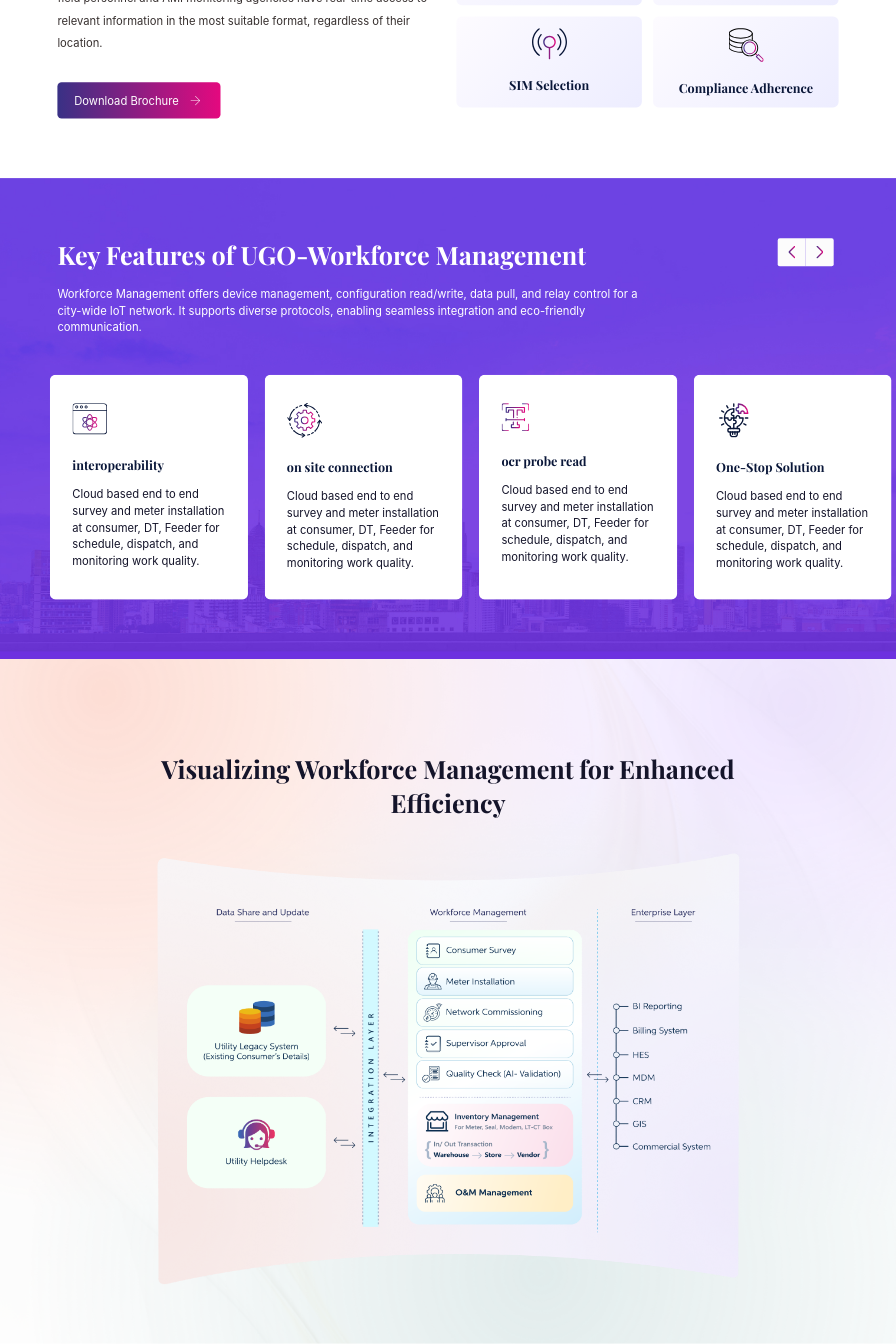
Repository: mangalravi/inventive
Page: WFM-Detail-Page.html
The author's editor kept a copy of each file at every save. The page is drawn from the files as they stood at one save, then again after a run of saves.
The browser window is 1280 px wide. The pictures show the part of the page from y = 938 to 2858 px (the page is 2858 px tall before and 2685 px after), at 70% of full size.
Some web fonts or font styles are not loaded; a fallback is used. The style sheet was rebuilt from its Sass, Less or Tailwind sources for each picture, by a compiler version that may differ from the author's.

Above is the page before, as saved 2024-07-11 10:41:56.

After the next 3 saves:
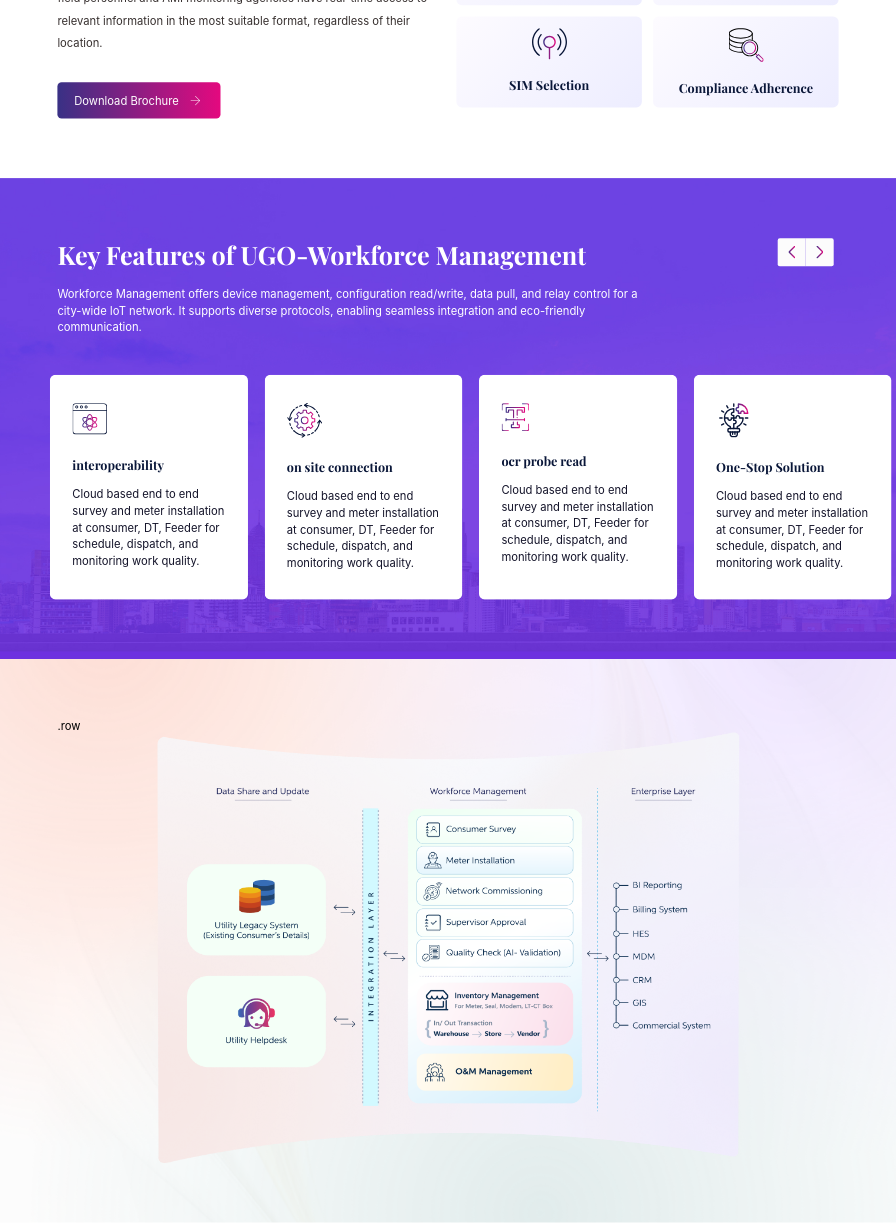
The 3 saves are shown as one change because they came seconds apart.
The last was saved 38 s later.
--- a/WFM-Detail-Page.html
+++ b/WFM-Detail-Page.html
@@ -483,12 +483,10 @@
 
     <section class="work-flow">
       <div class="container">
+        .row
         <div class="row justify-content-center">
           <div class="col-9">
             <div class="workflowimg">
-              <h4 class="sec-head">
-                Visualizing Workforce Management for Enhanced Efficiency
-              </h4>
               <img src="content/images/diagram.png" alt="diagram" />
             </div>
           </div>
